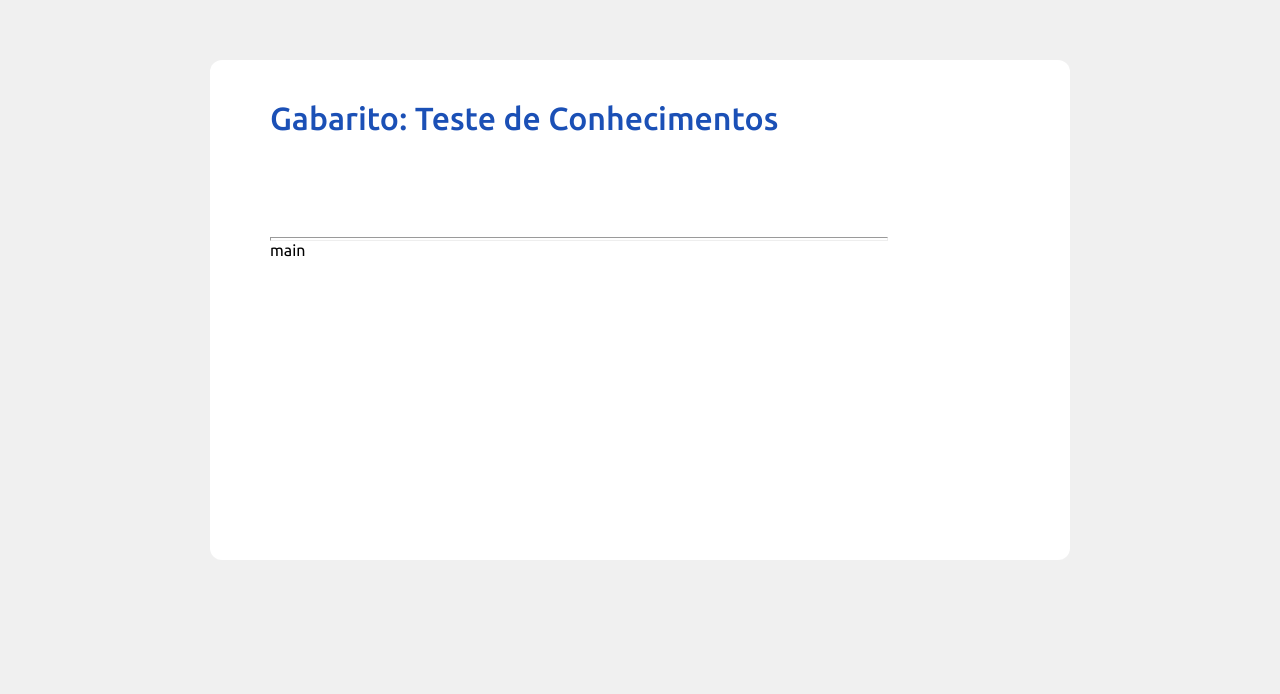
Repository: Delei09/desafioPerguntas
Page: / (app in frontend/)
An editor plug-in stored every save of this project. The page is shown before and after the next save, followed by the edit.
The browser window is 1280 px wide. The pictures show the whole page.
The project was rebuilt for these pictures with package versions that can differ from the ones it lists, and the page was loaded fresh each time.

Above is the page before, as saved 2021-08-17 11:49:06.

After the next save:
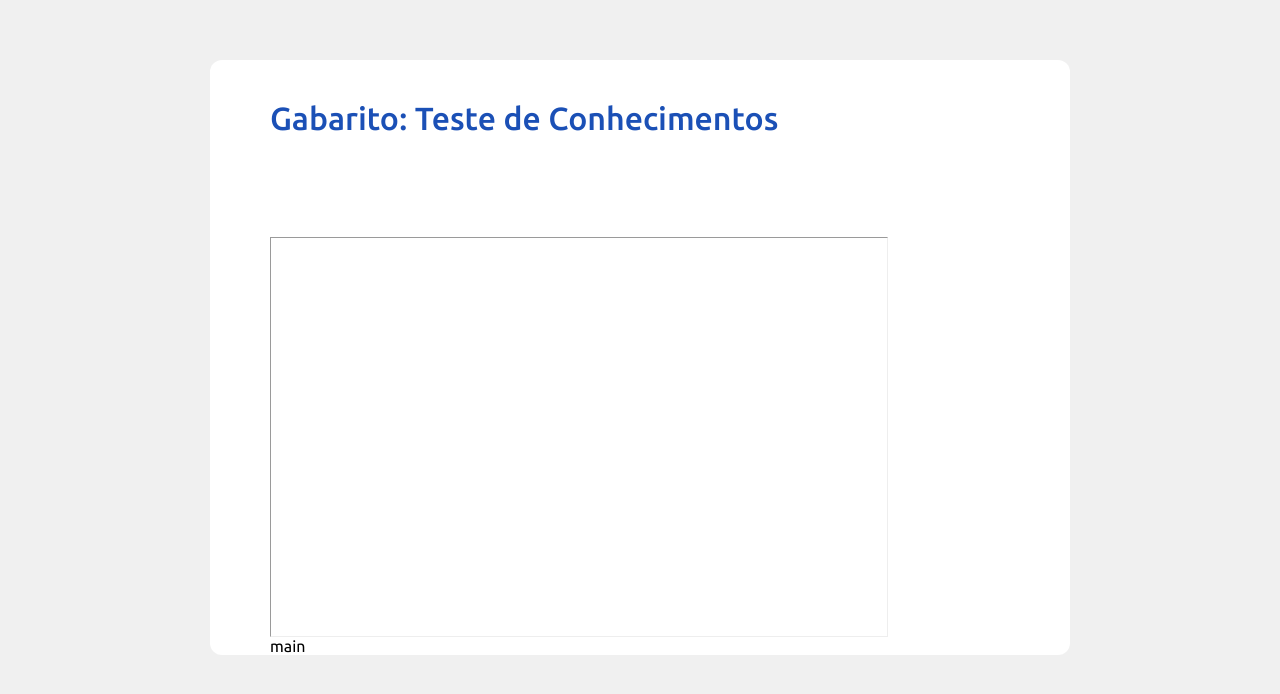
Saved 90 s later.
--- a/frontend/src/styles/header.scss
+++ b/frontend/src/styles/header.scss
@@ -14,6 +14,6 @@
 .headerLinha{
  margin-top:100px ;
  color: red;
- height: 4px;
+ height: 400px;
  width: 618px;
 }

After the save that followed:
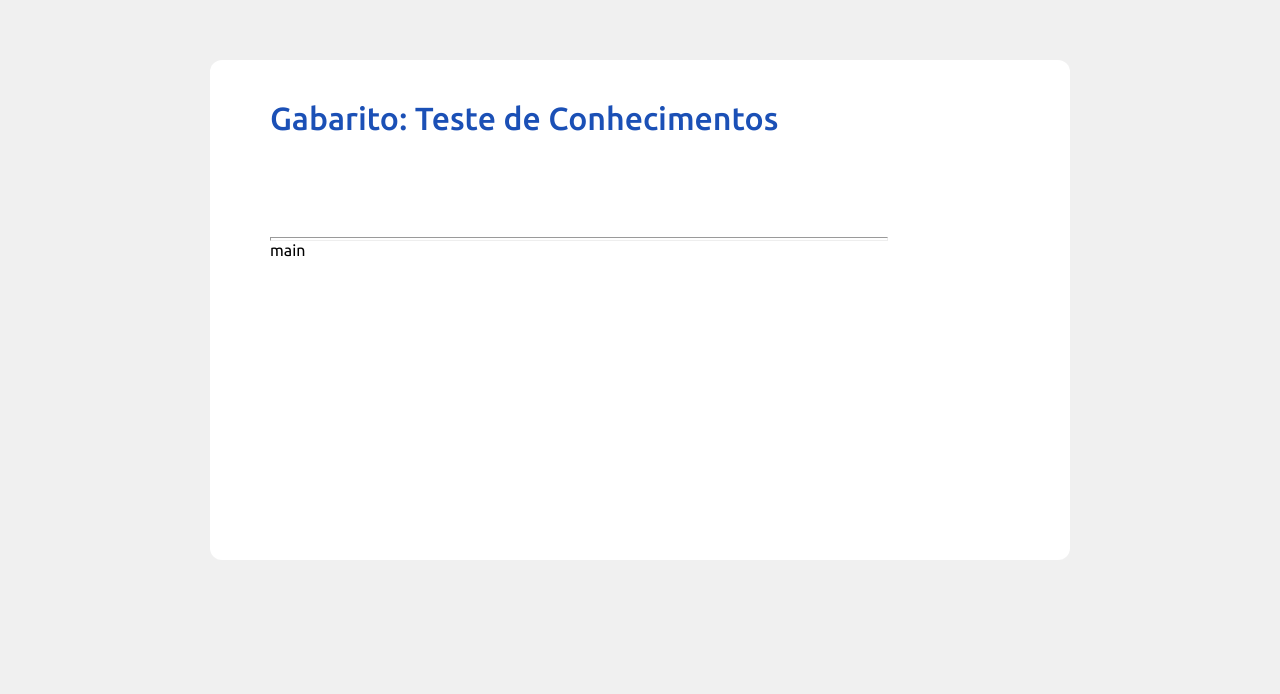
Saved 11 s later.
--- a/frontend/src/styles/header.scss
+++ b/frontend/src/styles/header.scss
@@ -14,6 +14,6 @@
 .headerLinha{
  margin-top:100px ;
  color: red;
- height: 400px;
+ height: 4px;
  width: 618px;
 }
